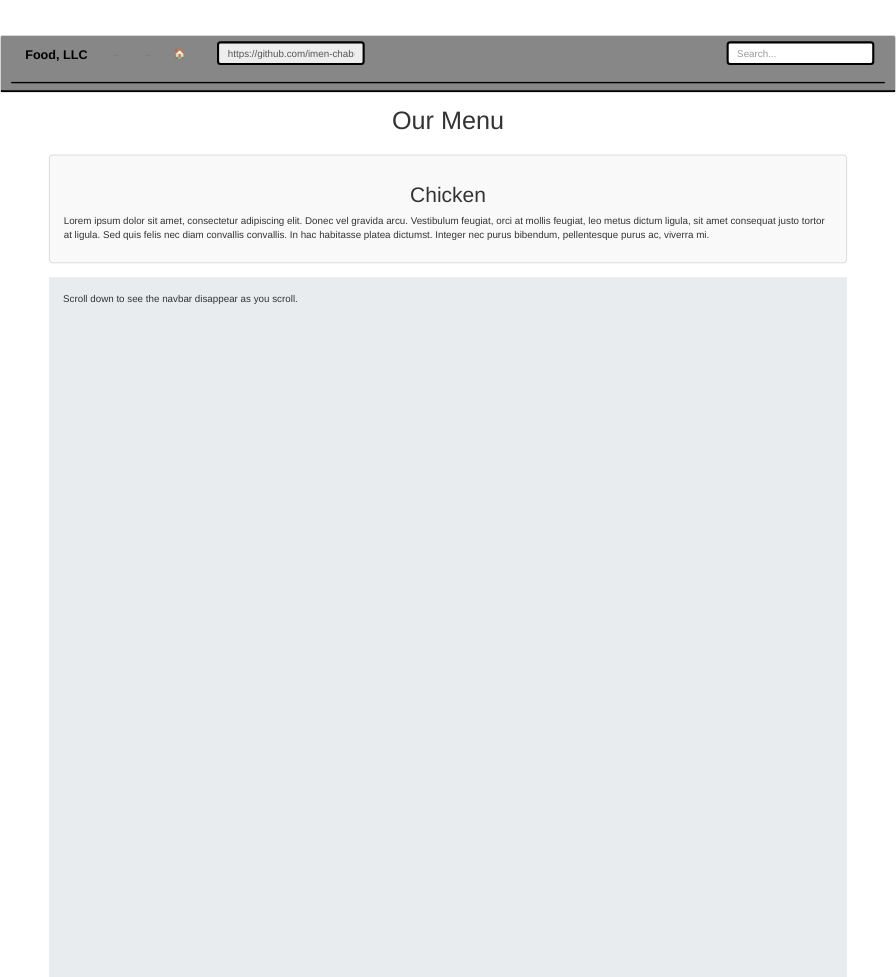
Repository: imen-chabchoub/coursera-test1
Page: mod3-solution/index.html
An editor plug-in stored every save of this project. The page is shown before and after the next save, followed by the edit.
The browser window is 1280 px wide. The pictures show the part of the page from y = 0 to 1920 px (the page is 1396 px tall before and 2793 px after), at 70% of full size.

Above is the page before, as saved 2025-02-12 15:24:45.

### mod3-solution/index.html
<!DOCTYPE html>
<html lang="en">
<head>
    <meta charset="UTF-8">
    <meta name="viewport" content="width=device-width, initial-scale=1.0">
    <title>Food, LLC</title>
    <link rel="stylesheet" href="https://maxcdn.bootstrapcdn.com/bootstrap/3.3.7/css/bootstrap.min.css">
    <link rel="stylesheet" href="css/style.css">
</head>
<body>
    <!-- Navbar -->
    <nav class="navbar navbar-default">
        <div class="container-fluid">
            <!-- Brand and toggle get grouped for better mobile display -->
            <div class="navbar-header">
                <button type="button" class="navbar-toggle collapsed" data-toggle="collapse" data-target="#navbar-collapse">
                    <span class="sr-only">Toggle navigation</span>
                    <span class="icon-bar"></span>
                    <span class="icon-bar"></span>
                    <span class="icon-bar"></span>
                </button>
                <span class="navbar-brand-text">Food, LLC</span>
            </div>

            <!-- Collect the nav links, forms, and other content for toggling -->
            <div class="collapse navbar-collapse" id="navbar-collapse">
                <ul class="nav navbar-nav visible-xs">
                    <li><a href="#">Chicken</a></li>
                    <li><a href="#">Beef</a></li>
                    <li><a href="#">Sushi</a></li>
                </ul>
                <ul class="nav navbar-nav hidden-xs">
                    <li><a href="#" class="nav-back">←</a></li>
                    <li><a href="#" class="nav-forward">→</a></li>
                    <li><a href="#" class="nav-home">🏠</a></li>
                </ul>
                <div class="navbar-form navbar-left hidden-xs">
                    <input type="text" class="form-control nav-url" value="https://github.com/imen-chabchoub/coursera-test/tree/module2-solution" readonly>
                </div>
                <div class="navbar-form navbar-right hidden-xs">
                    <input type="text" class="form-control search" placeholder="Search...">
                </div>
            </div><!-- /.navbar-collapse -->
            <div class="navbar-divider"></div>
        </div><!-- /.container-fluid -->
    </nav>

    <!-- Content -->
    <div class="container">
        <h1 class="text-center">Our Menu</h1>
        <div class="row">
            <div class="col-xs-12">
                <div class="menu-section">
                    <h2 class="text-center">Chicken</h2>
                    <p>Lorem ipsum dolor sit amet, consectetur adipiscing elit. Donec vel gravida arcu. Vestibulum feugiat, orci at mollis feugiat, leo metus dictum ligula, sit amet consequat justo tortor at ligula. Sed quis felis nec diam convallis convallis. In hac habitasse platea dictumst. Integer nec purus bibendum, pellentesque purus ac, viverra mi.</p>
                </div>
            </div>
        </div>
        <div class="row">
            <div class="col-xs-12">
                <div class="tall-section">
                    <p>Scroll down to see the navbar disappear as you scroll.</p>
                </div>
            </div>
        </div>
    </div>


    <script src="https://ajax.googleapis.com/ajax/libs/jquery/1.12.4/jquery.min.js"></script>
    <script src="https://maxcdn.bootstrapcdn.com/bootstrap/3.3.7/js/bootstrap.min.js"></script>
</body>
</html>

### mod3-solution/css/style.css
body {
    padding-top: 50px; /* Ensure the content does not overlap the navbar */
}

.navbar {
    margin-bottom: 0;
    background-color: #878787;
    border-bottom: black solid;
}

.navbar-divider {
    border-top: 2px solid black;
    margin-top: 10px;
    margin-bottom: 10px;
}

.navbar-text {
    text-align: center;
    width: 100%;
    padding-top: 10px;
}
.navbar-brand-text {
    font-weight: bold;
    color: black;
    font-size: 18px;
    padding: 15px 20px;
    display: inline-block;
}


.nav-url {
    width: 40%;
    margin: 0 15px;
    border: black solid;
    border-radius: 5px;
    font-size: 14px;
    background-color: #f0f0f0;
}

.search {
    width: 150px;
    border: black solid;
    border-radius: 5px;
}
.menu-section {
    border: 1px solid #ccc;
    padding: 20px;
    margin-top: 20px;
    border-radius: 5px;
    background-color: #f9f9f9;
}

.tall-section {
    height: 1000px;
    background-color: #e9ecef;
    margin-top: 20px;
    padding: 20px;
}

After the next save:
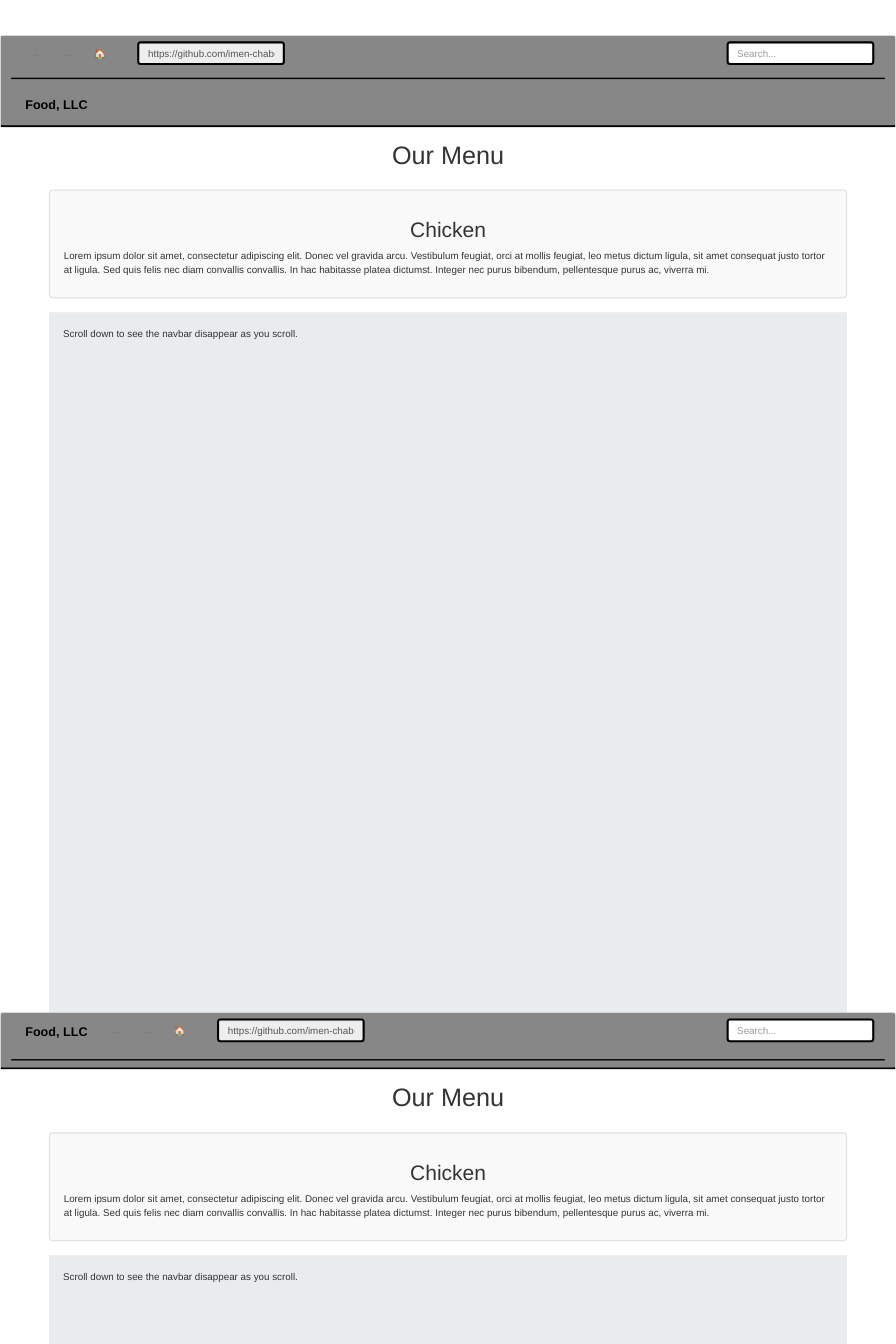
Saved 4 min 32 s later.
--- a/mod3-solution/index.html
+++ b/mod3-solution/index.html
@@ -1,3 +1,75 @@
+<!DOCTYPE html>
+<html lang="en">
+<head>
+    <meta charset="UTF-8">
+    <meta name="viewport" content="width=device-width, initial-scale=1.0">
+    <title>Food, LLC</title>
+    <link rel="stylesheet" href="https://maxcdn.bootstrapcdn.com/bootstrap/3.3.7/css/bootstrap.min.css">
+    <link rel="stylesheet" href="css/style.css">
+</head>
+<body>
+    <!-- Navbar -->
+    <nav class="navbar navbar-default">
+        <div class="container-fluid">
+            <!-- Brand and toggle get grouped for better mobile display -->
+            <div class="navbar-header">
+                <button type="button" class="navbar-toggle collapsed" data-toggle="collapse" data-target="#navbar-collapse">
+                    <span class="sr-only">Toggle navigation</span>
+                    <span class="icon-bar"></span>
+                    <span class="icon-bar"></span>
+                    <span class="icon-bar"></span>
+                </button>
+            </div>
+
+            <!-- Collect the nav links, forms, and other content for toggling -->
+            <div class="collapse navbar-collapse" id="navbar-collapse">
+                <ul class="nav navbar-nav visible-xs">
+                    <li><a href="#">Chicken</a></li>
+                    <li><a href="#">Beef</a></li>
+                    <li><a href="#">Sushi</a></li>
+                </ul>
+                <ul class="nav navbar-nav">
+                    <li><a href="#" class="nav-back">←</a></li>
+                    <li><a href="#" class="nav-forward">→</a></li>
+                    <li><a href="#" class="nav-home">🏠</a></li>
+                </ul>
+                <div class="navbar-form navbar-left hidden-xs">
+                    <input type="text" class="form-control nav-url" value="https://github.com/imen-chabchoub/coursera-test/tree/module2-solution" readonly>
+                </div>
+                <div class="navbar-form navbar-right hidden-xs">
+                    <input type="text" class="form-control search" placeholder="Search...">
+                </div>
+            </div><!-- /.navbar-collapse -->
+            <div class="navbar-divider"></div>
+            <span class="navbar-brand-text">Food, LLC</span>
+        </div><!-- /.container-fluid -->
+    </nav>
+
+    <!-- Content -->
+    <div class="container">
+        <h1 class="text-center">Our Menu</h1>
+        <div class="row">
+            <div class="col-xs-12">
+                <div class="menu-section">
+                    <h2 class="text-center">Chicken</h2>
+                    <p>Lorem ipsum dolor sit amet, consectetur adipiscing elit. Donec vel gravida arcu. Vestibulum feugiat, orci at mollis feugiat, leo metus dictum ligula, sit amet consequat justo tortor at ligula. Sed quis felis nec diam convallis convallis. In hac habitasse platea dictumst. Integer nec purus bibendum, pellentesque purus ac, viverra mi.</p>
+                </div>
+            </div>
+        </div>
+        <div class="row">
+            <div class="col-xs-12">
+                <div class="tall-section">
+                    <p>Scroll down to see the navbar disappear as you scroll.</p>
+                </div>
+            </div>
+        </div>
+    </div>
+
+
+    <script src="https://ajax.googleapis.com/ajax/libs/jquery/1.12.4/jquery.min.js"></script>
+    <script src="https://maxcdn.bootstrapcdn.com/bootstrap/3.3.7/js/bootstrap.min.js"></script>
+</body>
+</html>
 <!DOCTYPE html>
 <html lang="en">
 <head>
